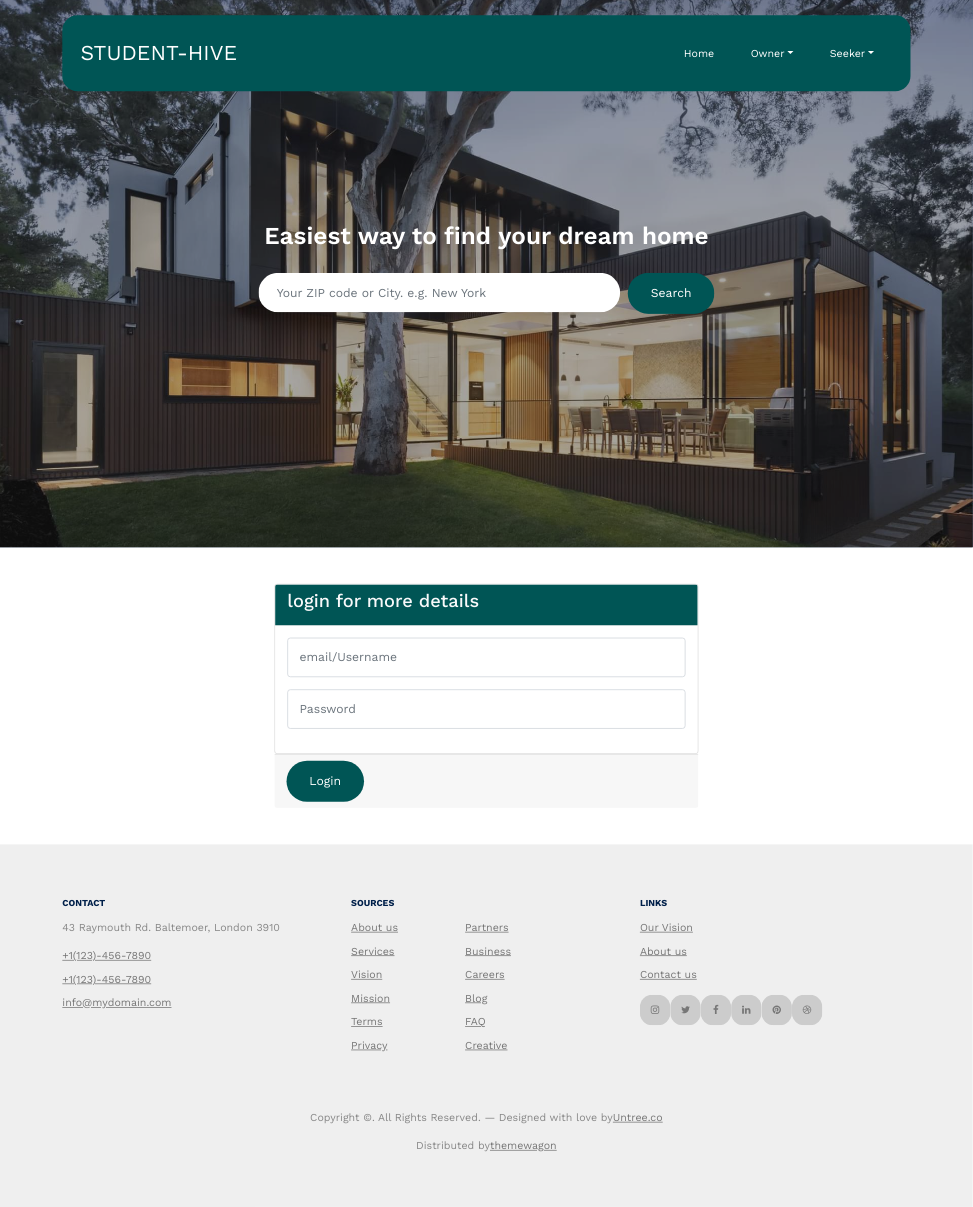
Repository: Farhan0021/Rentalproject
Page: /seeker/login (app in front/)
These files come from the project's save history. The page is drawn as it stood at one moment and after the next save; the edit follows.
The browser window is 1280 px wide. The pictures show the whole page, at 76% of full size.
The project was rebuilt for these pictures with package versions that can differ from the ones it lists, and the page was loaded fresh each time. Also part of the build but not shown: front/vite.config.js, front/src/pages/Home.jsx, front/src/schema/SeekerSignupSchema.jsx, front/src/pages/seekers/Signup.jsx, front/src/pages/owner/Login.jsx, front/src/schema/OwnerSignupSchema.jsx, front/src/pages/owner/Signup.jsx, front/src/pages/Details.jsx.

Above is the page before, as saved 2025-05-01 15:31:29.
Console error: TypeError: Cannot read properties of null (reading 'style')

### front/index.html
<!doctype html>
<html lang="en">
  <head>
    <meta charset="UTF-8" />
    <link rel="icon" type="image/svg+xml" href="/vite.svg" />
    <meta name="viewport" content="width=device-width, initial-scale=1.0" />
    <title>Vite + React</title>
    <link rel="preconnect" href="https://fonts.googleapis.com" />
    <link rel="preconnect" href="https://fonts.gstatic.com" crossorigin />
    <link
      href="https://fonts.googleapis.com/css2?family=Work+Sans:wght@400;500;600;700&display=swap"
      rel="stylesheet"
    />

    <link rel="stylesheet" href="/Assets/fonts/icomoon/style.css" />
    <link rel="stylesheet" href="/Assets/fonts/flaticon/font/flaticon.css" />

    <link rel="stylesheet" href="/Assets/css/tiny-slider.css" />
    <link rel="stylesheet" href="/Assets/css/aos.css" />
    <link rel="stylesheet" href="/Assets/css/style.css" />

    <link rel="stylesheet" href="https://cdnjs.cloudflare.com/ajax/libs/font-awesome/6.7.2/css/all.min.css" integrity="sha512-Evv84Mr4kqVGRNSgIGL/F/aIDqQb7xQ2vcrdIwxfjThSH8CSR7PBEakCr51Ck+w+/U6swU2Im1vVX0SVk9ABhg==" crossorigin="anonymous" referrerpolicy="no-referrer" />


  </head>
  <body>
    <div id="root"></div>
    <script type="module" src="/src/main.jsx"></script>

    <script src="/Assets/js/bootstrap.bundle.min.js"></script>
    <script src="/Assets/js/tiny-slider.js"></script>
    <script src="/Assets/js/aos.js"></script>
    <script src="/Assets/js/navbar.js"></script>
    <script src="/Assets/js/counter.js"></script>
    <script src="/Assets/js/custom.js"></script>
  </body>
  </body>
</html>

### front/src/main.jsx
import { StrictMode } from 'react'
import { createRoot } from 'react-dom/client'
import App from './App'
import { BrowserRouter } from 'react-router-dom'


createRoot(document.getElementById('root')).render(
  <StrictMode>
    <BrowserRouter>
    <App />
    </BrowserRouter>
  </StrictMode>,
)

### front/src/App.jsx
import React from 'react'
import HeaderNew from './components/HeaderNew'
import Slider from './components/Slider'
import Footer from './components/Footer'
import AllRoutes from './routes/AllRoutes'

const App = () => {
  return (
    <>

    {/* <Header/> */}
    <HeaderNew/>
    <Slider/>
    <AllRoutes/>
    <Footer/>

     </>
  )
}

export default App

### front/src/components/HeaderNew.jsx
import React from'react'
import {NavLink} from 'react-router-dom'

const HeaderNew = () => {
    return (

    <div className="container fixed-top" style={{top:"20px" }}>
     <nav className='navbar navbar-expand-sm navbar-dark bg-green p-4' style={{borderRadius : "20px"}}>
          <NavLink className="navbar-brand" style={{fontSize : "28px"}} to='/'>STUDENT-HIVE</NavLink>
              <button className='navbar-toggler' data-bs-toggle="collapse" data-bs-target="#menu">
                 <span className='navbar-toggler-icon'></span>
              </button>
         <div className='collapse navbar-collapse justify-content-end' id='menu'>
             <ul className='nav navbar-nav'>

                  <li className='nav-item '>
                     <NavLink className="nav-link px-4 " to="/">Home</NavLink>
                    </li>
                <li className='nav-item dropdown'>
                        <a data-bs-toggle="dropdown" className="nav-link px-4 dropdown-toggle" href="#">Owner</a>
                        <div className="dropdown-menu" >
                            <NavLink className="dropdown-item" to="/owner/login">Login</NavLink>
                            <NavLink className="dropdown-item" to="/owner/signup">SignUp</NavLink>
                        </div>

                    </li>


                    <li className='nav-item dropdown'>
                        <a data-bs-toggle="dropdown" className="nav-link px-4 dropdown-toggle" href="#">Seeker</a>
                        <div className="dropdown-menu" >
                            <NavLink className="dropdown-item" to="/seeker/login">Login</NavLink>
                            <NavLink className="dropdown-item" to="/seeker/signup">SignUp</NavLink>
                        </div>

                    </li>


                </ul>
             </div>

             </nav>
       </div>
    )
}

export default HeaderNew

### front/src/components/Slider.jsx
import React from 'react'

const Slider = () => {
    return (
        <div className="hero">
        <div className="hero-slide">
          <div
            className="img overlay"
            style={{backgroundImage: "url('/Assets/images/hero_bg_3.jpg')"}}
          ></div>

        </div>

        <div className="container">
          <div className="row justify-content-center align-items-center">
            <div className="col-lg-9 text-center">
              <h1 className="heading" data-aos="fade-up">
                Easiest way to find your dream home
              </h1>
              <form
                action="#"
                className="narrow-w form-search d-flex align-items-stretch mb-3"
                data-aos="fade-up"
                data-aos-delay="200"
              >
                <input
                  type="text"
                  className="form-control px-4"
                  placeholder="Your ZIP code or City. e.g. New York"
                />
                <button type="submit" className="btn btn-primary">Search</button>
              </form>
            </div>
          </div>
        </div>
      </div>

    )
}
export default Slider

### front/src/components/Footer.jsx
import React from 'react'

const Footer = () => {
    return (
        <div className="site-footer">
        <div className="container">
          <div className="row">
            <div className="col-lg-4">
              <div className="widget">
                <h3>Contact</h3>
                <address>43 Raymouth Rd. Baltemoer, London 3910</address>
                <ul className="list-unstyled links">
                  <li><a href="tel://11234567890">+1(123)-456-7890</a></li>
                  <li><a href="tel://11234567890">+1(123)-456-7890</a></li>
                  <li>
                    <a href="mailto:info@mydomain.com">info@mydomain.com</a>
                  </li>
                </ul>
              </div>

            </div>

            <div className="col-lg-4">
              <div className="widget">
                <h3>Sources</h3>
                <ul className="list-unstyled float-start links">
                  <li><a href="#">About us</a></li>
                  <li><a href="#">Services</a></li>
                  <li><a href="#">Vision</a></li>
                  <li><a href="#">Mission</a></li>
                  <li><a href="#">Terms</a></li>
                  <li><a href="#">Privacy</a></li>
                </ul>
                <ul className="list-unstyled float-start links">
                  <li><a href="#">Partners</a></li>
                  <li><a href="#">Business</a></li>
                  <li><a href="#">Careers</a></li>
                  <li><a href="#">Blog</a></li>
                  <li><a href="#">FAQ</a></li>
                  <li><a href="#">Creative</a></li>
                </ul>
              </div>

            </div>

            <div className="col-lg-4">
              <div className="widget">
                <h3>Links</h3>
                <ul className="list-unstyled links">
                  <li><a href="#">Our Vision</a></li>
                  <li><a href="#">About us</a></li>
                  <li><a href="#">Contact us</a></li>
                </ul>

                <ul className="list-unstyled social">
                  <li>
                    <a href="#"><span className="icon-instagram"></span></a>
                  </li>
                  <li>
                    <a href="#"><span className="icon-twitter"></span></a>
                  </li>
                  <li>
                    <a href="#"><span className="icon-facebook"></span></a>
                  </li>
                  <li>
                    <a href="#"><span className="icon-linkedin"></span></a>
                  </li>
                  <li>
                    <a href="#"><span className="icon-pinterest"></span></a>
                  </li>
                  <li>
                    <a href="#"><span className="icon-dribbble"></span></a>
                  </li>
                </ul>
              </div>

            </div>

          </div>


          <div className="row mt-5">
            <div className="col-12 text-center">


              <p>
                Copyright &copy;
                <script>
                  document.write(new Date().getFullYear());
                </script>
                . All Rights Reserved. &mdash; Designed with love by
                <a href="https://untree.co">Untree.co</a>

              </p>
              <div>
                Distributed by
                <a href="https://themewagon.com/" target="_blank">themewagon</a>
              </div>
            </div>
          </div>
        </div>

      </div>

    )
}
export default Footer

### front/src/routes/AllRoutes.jsx
import React from 'react'
import { Routes, Route } from 'react-router-dom'
import {
    Home,
SeekerLogin,
SeekerSignup,
OwnerLogin,
OwnerSignup,
Details
} from '../pages'

const AllRoutes = () => {
    return(
        <>
        <Routes>
            <Route path='' element= { <Home/>}/>
            <Route path='details' element={<Details/>}/>
            <Route path='seeker/login' element={<SeekerLogin/>}/>
            <Route path='seeker/Signup' element={<SeekerSignup/>}/>

            <Route path='owner/Login' element={<OwnerLogin/>}/>
            <Route path='owner/Signup' element={<OwnerSignup/>}/>
        </Routes>

     </>

    )
}
export default AllRoutes

### front/src/pages/index.jsx
import Home from "./Home";
import SeekerLogin from "./seekers/Login"
import SeekerSignup from "./seekers/Signup";
import OwnerLogin from "./owner/Login"
import OwnerSignup from "./owner/Signup"
import Details from "./Details";

export {Home,Details,SeekerLogin,SeekerSignup,OwnerLogin,OwnerSignup};

### front/src/pages/seekers/Login.jsx
import React, { useEffect } from 'react'
import {useFormik} from 'formik'

const Login = () => {
  useEffect(()=>{
    window.scroll(0,0);
  },[])

  let loginFrm = useFormik({
    initialValues :
    {
      email : "",
      password : ""
    },
    onSubmit : (formData)=>{
      console.log(formData)

    }
  })

    return (
        <div className="container" style={{minHeigh : "700px"}}>
        <form onSubmit={loginFrm.handleSubmit}>
        <div className="row"></div>
        <div className="col-md-6 offset-md-3 my-5">

         <div className="card">
            <div className="card-header bg-green">
                <h4 className='text-light'>login for more details</h4>
            </div>
            <div className="card-body">

              <div className="row">

                </div>
                <div className="col-12 mb-3">
                  <input
                    type="text"
                    className="form-control"
                    placeholder="email/Username"
                    name='email'
                    onChange={loginFrm.handleChange}
                  />
                </div>
                <div className="col-12 mb-3">
                  <input
                    type="Password"
                    className="form-control"
                    placeholder="Password"
                    name='password'
                    onChange={loginFrm.handleChange}
                  />
                </div>



              </div>

            </div>
            <div className="card-footer">
            <div className="col-12">
                  <input
                    type="submit"
                    value="Login"
                    className="btn btn-primary"
                  />
                </div>
            </div>
         </div>
         </form>
        </div>

    )
}

export default Login

### front/public/Assets/css/tiny-slider.css
.tns-outer{padding:0 !important}.tns-outer [hidden]{display:none !important}.tns-outer [aria-controls],.tns-outer [data-action]{cursor:pointer}.tns-slider{-webkit-transition:all 0s;-moz-transition:all 0s;transition:all 0s}.tns-slider>.tns-item{-webkit-box-sizing:border-box;-moz-box-sizing:border-box;box-sizing:border-box}.tns-horizontal.tns-subpixel{white-space:nowrap}.tns-horizontal.tns-subpixel>.tns-item{display:inline-block;vertical-align:top;white-space:normal}.tns-horizontal.tns-no-subpixel:after{content:'';display:table;clear:both}.tns-horizontal.tns-no-subpixel>.tns-item{float:left}.tns-horizontal.tns-carousel.tns-no-subpixel>.tns-item{margin-right:-100%}.tns-no-calc{position:relative;left:0}.tns-gallery{position:relative;left:0;min-height:1px}.tns-gallery>.tns-item{position:absolute;left:-100%;-webkit-transition:transform 0s, opacity 0s;-moz-transition:transform 0s, opacity 0s;transition:transform 0s, opacity 0s}.tns-gallery>.tns-slide-active{position:relative;left:auto !important}.tns-gallery>.tns-moving{-webkit-transition:all 0.25s;-moz-transition:all 0.25s;transition:all 0.25s}.tns-autowidth{display:inline-block}.tns-lazy-img{-webkit-transition:opacity 0.6s;-moz-transition:opacity 0.6s;transition:opacity 0.6s;opacity:0.6}.tns-lazy-img.tns-complete{opacity:1}.tns-ah{-webkit-transition:height 0s;-moz-transition:height 0s;transition:height 0s}.tns-ovh{overflow:hidden}.tns-visually-hidden{position:absolute;left:-10000em}.tns-transparent{opacity:0;visibility:hidden}.tns-fadeIn{opacity:1;filter:alpha(opacity=100);z-index:0}.tns-normal,.tns-fadeOut{opacity:0;filter:alpha(opacity=0);z-index:-1}.tns-vpfix{white-space:nowrap}.tns-vpfix>div,.tns-vpfix>li{display:inline-block}.tns-t-subp2{margin:0 auto;width:310px;position:relative;height:10px;overflow:hidden}.tns-t-ct{width:2333.3333333%;width:-webkit-calc(100% * 70 / 3);width:-moz-calc(100% * 70 / 3);width:calc(100% * 70 / 3);position:absolute;right:0}.tns-t-ct:after{content:'';display:table;clear:both}.tns-t-ct>div{width:1.4285714%;width:-webkit-calc(100% / 70);width:-moz-calc(100% / 70);width:calc(100% / 70);height:10px;float:left}

### front/public/Assets/js/counter.js
(function () {

	'use trict';
// How long you want the animation to take, in ms
const animationDuration = 2000;
// Calculate how long each ‘frame’ should last if we want to update the animation 60 times per second
const frameDuration = 1000 / 60;
// Use that to calculate how many frames we need to complete the animation
const totalFrames = Math.round( animationDuration / frameDuration );
// An ease-out function that slows the count as it progresses
const easeOutQuad = t => t * ( 2 - t );


const numberWithCommas = n => {
	return n.toString().replace(/\B(?=(\d{3})+(?!\d))/g, ',');
}

// The animation function, which takes an Element
const animateCountUp = el => {
	let frame = 0;
	const countTo = parseInt( el.innerHTML, 10 );
	// Start the animation running 60 times per second
	const counter = setInterval( () => {
		frame++;
		// Calculate our progress as a value between 0 and 1
		// Pass that value to our easing function to get our
		// progress on a curve
		const progress = easeOutQuad( frame / totalFrames );
		// Use the progress value to calculate the current count
		const currentCount = Math.round( countTo * progress );

		// If the current count has changed, update the element
		if ( parseInt( el.innerHTML, 10 ) !== currentCount ) {
			el.innerHTML = numberWithCommas(currentCount);
		}

		// If we’ve reached our last frame, stop the animation
		if ( frame === totalFrames ) {
			clearInterval( counter );
		}
	}, frameDuration );
};

// Run the animation on all elements with a class of ‘countup’
const runAnimations = () => {
	const countupEls = document.querySelectorAll( '.countup' );
	countupEls.forEach( animateCountUp );
};




// In Viewed
var elements;
var windowHeight;

function init() {
	elements = document.querySelectorAll('.section-counter');
	windowHeight = window.innerHeight;
}

function checkPosition() {
	var i;
	for (i = 0; i < elements.length; i++) {
		var element = elements[i];
		var positionFromTop = elements[i].getBoundingClientRect().top;
		if (positionFromTop - windowHeight <= 0) {
			if( !element.classList.contains('viewed') ) {
				element.classList.add('viewed');
				runAnimations();
			} else {
				if ( element.classList.contains('viewed') ) {

				}
			}

		}
	}
}

window.addEventListener('scroll', checkPosition);
window.addEventListener('resize', init);

init();
checkPosition();


})()

### front/public/Assets/js/custom.js
(function () {

	'use strict'


	AOS.init({
		duration: 800,
		easing: 'slide',
		once: true
	});

	var preloader = function() {

		var loader = document.querySelector('.loader');
		var overlay = document.getElementById('overlayer');

		function fadeOut(el) {
			el.style.opacity = 1;
			(function fade() {
				if ((el.style.opacity -= .1) < 0) {
					el.style.display = "none";
				} else {
					requestAnimationFrame(fade);
				}
			})();
		};

		setTimeout(function() {
			fadeOut(loader);
			fadeOut(overlay);
		}, 200);
	};
	preloader();


	var tinySdlier = function() {

		var heroSlider = document.querySelectorAll('.hero-slide');
		var propertySlider = document.querySelectorAll('.property-slider');
		var imgPropertySlider = document.querySelectorAll('.img-property-slide');
		var testimonialSlider = document.querySelectorAll('.testimonial-slider');


		if ( heroSlider.length > 0 ) {
			var tnsHeroSlider = tns({
				container: '.hero-slide',
				mode: 'carousel',
				speed: 700,
				autoplay: true,
				controls: false,
				nav: false,
				autoplayButtonOutput: false,
				controlsContainer: '#hero-nav',
			});
		}


		if ( imgPropertySlider.length > 0 ) {
			var tnsPropertyImageSlider = tns({
				container: '.img-property-slide',
				mode: 'carousel',
				speed: 700,
				items: 1,
				gutter: 30,
				autoplay: true,
				controls: false,
				nav: true,
				autoplayButtonOutput: false
			});
		}

		if ( propertySlider.length> 0 ) {
			var tnsSlider = tns({
				container: '.property-slider',
				mode: 'carousel',
				speed: 700,
				gutter: 30,
				items: 3,
				autoplay: true,
				autoplayButtonOutput: false,
				controlsContainer: '#property-nav',
				responsive: {
					0: {
						items: 1
					},
					700: {
						items: 2
					},
					900: {
						items: 3
					}
				}
			});
		}


		if ( testimonialSlider.length> 0 ) {
			var tnsSlider = tns({
				container: '.testimonial-slider',
				mode: 'carousel',
				speed: 700,
				items: 3,
				gutter: 50,
				autoplay: true,
				autoplayButtonOutput: false,
				controlsContainer: '#testimonial-nav',
				responsive: {
					0: {
						items: 1
					},
					700: {
						items: 2
					},
					900: {
						items: 3
					}
				}
			});
		}
	}
	tinySdlier();



})()

### front/src/schema/LoginSchema.js
import * as YUP from 'yup';

let LoginSchema= YUP.object({
    email : YUP.string().email("Email Id is Invalid").required("Insert Your Email Id "),
    password : YUP.string().required("Insert Your Password Id ")
})

Loaded but not shown: front/public/Assets/fonts/icomoon/style.css (common file); front/public/Assets/fonts/flaticon/font/flaticon.css (common file); front/public/Assets/css/aos.css (library); front/public/Assets/css/style.css (library); front/public/Assets/js/bootstrap.bundle.min.js (library); front/public/Assets/js/aos.js (library); front/public/Assets/js/tiny-slider.js (3208 lines, source omitted); front/public/Assets/js/navbar.js (90 lines, source omitted)

After the next save:
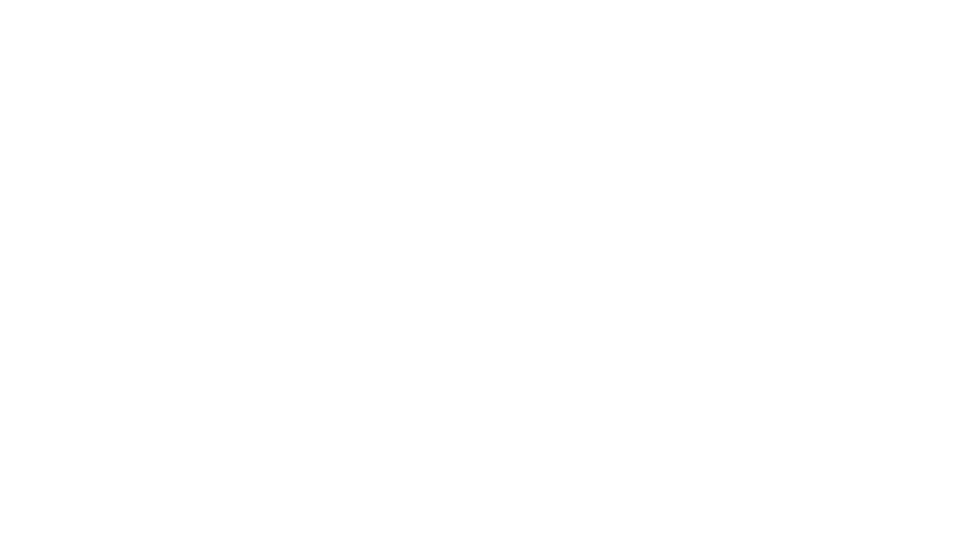
Console error: ReferenceError: LoginSchema is not defined
Saved 7 min 8 s later.
--- a/front/src/pages/seekers/Login.jsx
+++ b/front/src/pages/seekers/Login.jsx
@@ -7,6 +7,7 @@ const Login = () => {
   },[])
 
   let loginFrm = useFormik({
+    validationSchema : LoginSchema,
     initialValues :
     {
       email : "",

After the 2 saves that followed:
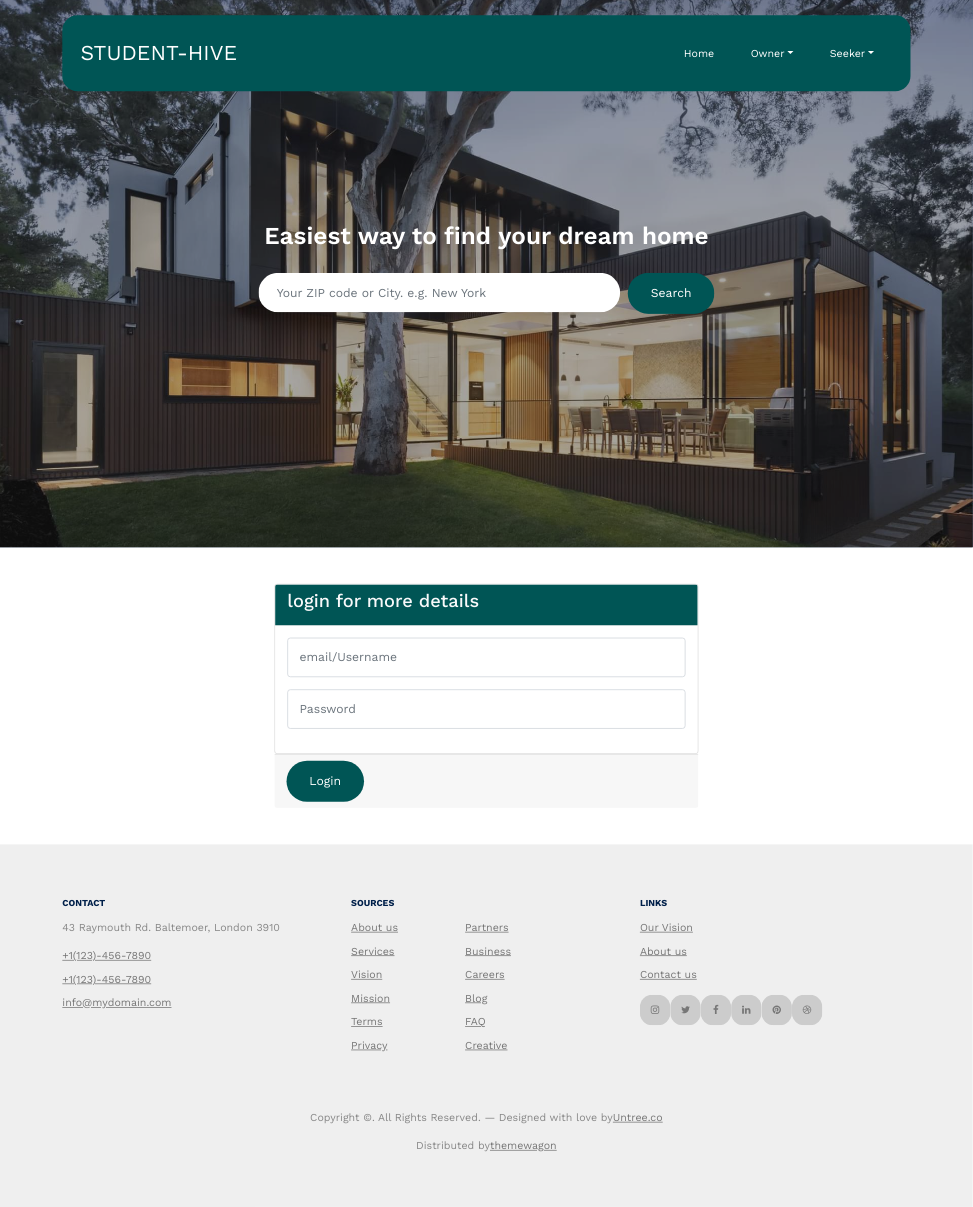
Console error: TypeError: Cannot read properties of null (reading 'style')
The 2 saves are shown as one change because 1 did not build or start.
The last was saved 2 min 21 s later.
--- a/front/src/pages/seekers/Login.jsx
+++ b/front/src/pages/seekers/Login.jsx
@@ -1,5 +1,6 @@
 import React, { useEffect } from 'react'
 import {useFormik} from 'formik'
+import LoginSchema from '../../schema/LoginSchema';
 
 const Login = () => {
   useEffect(()=>{
--- a/front/src/schema/LoginSchema.js
+++ b/front/src/schema/LoginSchema.js
@@ -4,3 +4,5 @@ let LoginSchema= YUP.object({
     email : YUP.string().email("Email Id is Invalid").required("Insert Your Email Id "),
     password : YUP.string().required("Insert Your Password Id ")
 })
+
+export default LoginSchema;
